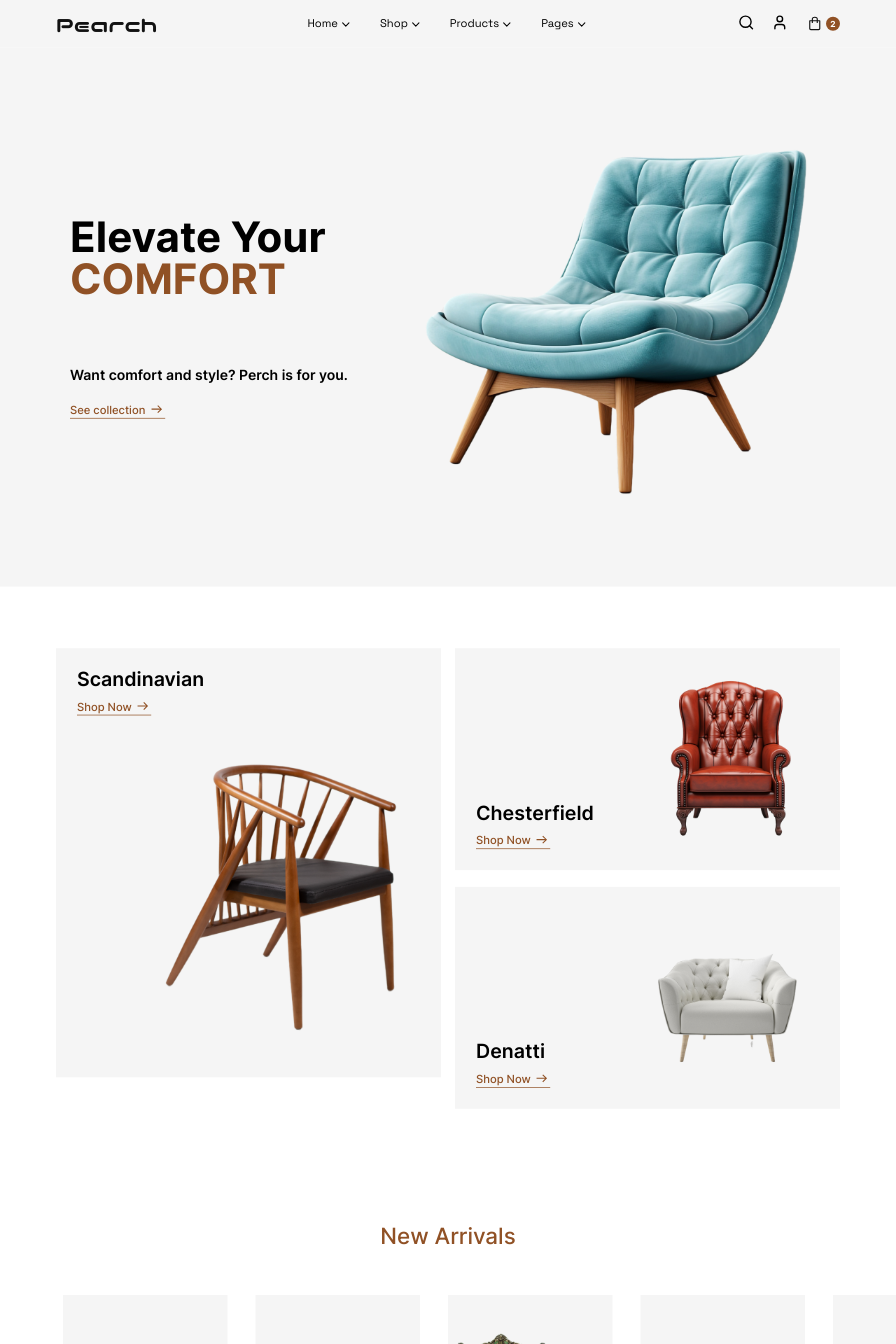
Repository: abdulmalikyusuf/HNG11-Stage02
Page: /
The author's editor kept a copy of each file at every save. The page is drawn from the files as they stood at one save, then again after the next save.
The browser window is 1280 px wide. The pictures show the part of the page from y = 0 to 1920 px (the page is 4111 px tall before and 4061 px after), at 70% of full size.
The project was rebuilt for these pictures with package versions that can differ from the ones it lists, and the page was loaded fresh each time. Also part of the build but not shown: vite.config.ts.

Above is the page before, as saved 2024-07-07 17:47:38.

### index.html
<!DOCTYPE html>
<html lang="en">
  <head>
    <meta charset="UTF-8" />
    <!-- <link rel="icon" type="image/svg+xml" href="/vite.svg" /> -->
    <meta name="viewport" content="width=device-width, initial-scale=1.0" />
    <title>Pearch E-Commerce App</title>
  </head>
  <body>
    <div id="root"></div>
    <script type="module" src="/src/main.tsx"></script>
  </body>
</html>

### src/App.tsx
import { createBrowserRouter, RouterProvider } from "react-router-dom";

import RootLayout from "@/routes/root";
import IndexPage from "@/routes";
import "./App.css";

const router = createBrowserRouter([
  {
    path: "/",
    element: <RootLayout />,
    // errorElement: <ErrorPage />,
    children: [
      {
        index: true,
        element: <IndexPage />,
      },
      {
        path: "cart",
        element: <p>Cart</p>,
      },
      {
        path: "checkout",
        element: <p>Checkout</p>,
      },
    ],
  },
]);

function App() {
  return <RouterProvider router={router} />;
}

export default App;

### src/index.css
:root {
  font-family: Inter, system-ui, Avenir, Helvetica, Arial, sans-serif;
  line-height: 1.5;
  font-weight: 400;

  color-scheme: light dark;
  /* color: rgba(255, 255, 255, 0.87);
  background-color: #242424; */

  font-synthesis: none;
  text-rendering: optimizeLegibility;
  -webkit-font-smoothing: antialiased;
  -moz-osx-font-smoothing: grayscale;
}
@font-face {
  font-family: Inter;
  src: url(fonts/Inter.ttf) format("truetype");
}
@font-face {
  font-family: SpaceGrotesk;
  src: url(fonts/SpaceGrotesk.ttf) format("truetype");
}
@font-face {
  font-family: NicoMoji;
  src: url(fonts/NicoMoji-Regular.ttf) format("truetype");
}

### src/routes/root.tsx
import { Outlet } from "react-router-dom";

import Footer from "@/components/footer";
import Header from "@/components/header";

function RootLayout() {
  return (
    <>
      <Header />
      <Outlet />
      <div className="flow-root">
        <Footer />
      </div>
    </>
  );
}

export default RootLayout;

### src/routes/index.tsx
import { Link } from "react-router-dom";

import ChairHero from "@/assets/img/83417461_Slipper -2 1.png";
import Chair1 from "@/assets/img/vertical-shot-wooden-chair-white 1.png";
import Chair2 from "@/assets/img/83419490_Wingback Chair -4.png";
import Chair3 from "@/assets/img/7043761_861.png";
import BannerImage from "@/assets/img/unsplash_348dJPXEFHk.png";
import MoreChairImage1 from "@/assets/img/unsplash_Kh4tedFdHz4.png";
import MoreChairImage2 from "@/assets/img/unsplash_L7EwHkq1B2s.png";
import MoreChairImage3 from "@/assets/img/unsplash_Gh_UjjYoVwk.png";
import NewArrival1 from "@/assets/img/new-arrivals/81678229_Luxury white and golden sofa -3 1.png";
import NewArrival2 from "@/assets/img/new-arrivals/Paste image.png";
import NewArrival3 from "@/assets/img/new-arrivals/unsplash_IjTqniVFP1Y.png";
import NewArrival4 from "@/assets/img/new-arrivals/unsplash_ItMggD0EguY.png";

const newArrivals = [
  { image: NewArrival1, name: "Tyley Chair", price: 200 },
  { image: NewArrival2, name: "Zefison Chair", price: 350 },
  { image: NewArrival3, name: "Italian Rococo", price: 700 },
  { image: NewArrival4, name: "King Sofa", price: 899 },
  { image: NewArrival4, name: "King Sofa", price: 899 },
];
function IndexPage() {
  return (
    <>
      <div className="flex flex-col lg:flex-row lg:items-center gap-5 lg:gap-24 bg-[#F5F5F5] p-2 lg:px-[100px] lg:py-13">
        <div className="flex flex-col gap-5 lg:gap-24">
          <div className="text-32 lg:text-6xl font-bold">
            <h2 className="text-black">Elevate Your</h2>
            <h2 className="uppercase text-primary">comfort</h2>
          </div>
          <div className="font-semibold text-sm lg:text-xl lg:leading-6 flex flex-col gap-[14px] lg:gap-6">
            <p className="">Want comfort and style? Perch is for you.</p>
            <Link
              to=""
              className="w-fit text-base font-medium text-primary border-b border-primary inline-flex items-center gap-1"
            >
              See collection{" "}
              <span className="">
                <svg
                  xmlns="http://www.w3.org/2000/svg"
                  width="24"
                  height="25"
                  viewBox="0 0 24 25"
                  fill="none"
                >
                  <mask
                    id="mask0_18_143"
                    style={{ maskType: "alpha" }}
                    maskUnits="userSpaceOnUse"
                    x="0"
                    y="0"
                    width="24"
                    height="25"
                  >
                    <rect y="0.5" width="24" height="24" fill="#D9D9D9" />
                  </mask>
                  <g mask="url(#mask0_18_143)">
                    <path
                      d="M13.8462 18.1538L12.7923 17.0693L16.6115 13.25H4.5V11.75H16.6115L12.7923 7.93075L13.8462 6.84625L19.5 12.5L13.8462 18.1538Z"
                      fill="#905125"
                    />
                  </g>
                </svg>
              </span>
            </Link>
          </div>
        </div>
        <div className="flex-1">
          <img src={ChairHero} alt="A chair from pearch website" className="" />
        </div>
      </div>
      <div className="px-4 md:px-10 lg:13 xl:px-20 2xl:px-24 flex flex-col gap-20 mb-28 overflow-clip">
        <div className="py-[88px]">
          <div className="md:grid grid-cols-2 lg:grid-rows-2 items-stretch gap-6 lg:gap-x-5 lg:gap-y-6">
            <div className="lg:row-span-2">
              <div className="p-5 lg:p-[30px] bg-miscellaneous flex flex-col">
                <div className="flex-1 flex flex-col gap-3">
                  <h5 className="text-xl lg:text-[28px] font-semibold">
                    Scandinavian
                  </h5>
                  <Link
                    to=""
                    className="w-fit text-xs lg:text-base font-medium text-primary border-b border-primary inline-flex items-center gap-1"
                  >
                    Shop Now{" "}
                    <span className="">
                      <svg
                        xmlns="http://www.w3.org/2000/svg"
                        width="24"
                        height="25"
                        viewBox="0 0 24 25"
                        fill="none"
                      >
                        <mask
                          id="mask0_18_143"
                          style={{ maskType: "alpha" }}
                          maskUnits="userSpaceOnUse"
                          x="0"
                          y="0"
                          width="24"
                          height="25"
                        >
                          <rect y="0.5" width="24" height="24" fill="#D9D9D9" />
                        </mask>
                        <g mask="url(#mask0_18_143)">
                          <path
                            d="M13.8462 18.1538L12.7923 17.0693L16.6115 13.25H4.5V11.75H16.6115L12.7923 7.93075L13.8462 6.84625L19.5 12.5L13.8462 18.1538Z"
                            fill="#905125"
                          />
                        </g>
                      </svg>
                    </span>
                  </Link>
                </div>
                <div className="self-end -mt-20">
                  <img src={Chair1} alt="" className="" />
                </div>
              </div>
            </div>
            <div className="p-5 lg:p-[30px] bg-miscellaneous flex items-end justify-between">
              <div className="flex-1 flex flex-col gap-2 lg:gap-3">
                <h5 className="text-xl lg:text-[28px] font-semibold">
                  Chesterfield
                </h5>
                <Link
                  to=""
                  className="w-fit text-xs lg:text-base font-medium text-primary border-b border-primary inline-flex items-center gap-1"
                >
                  Shop Now{" "}
                  <span className="">
                    <svg
                      xmlns="http://www.w3.org/2000/svg"
                      width="24"
                      height="25"
                      viewBox="0 0 24 25"
                      fill="none"
                    >
                      <mask
                        id="mask0_18_143"
                        style={{ maskType: "alpha" }}
                        maskUnits="userSpaceOnUse"
                        x="0"
                        y="0"
                        width="24"
                        height="25"
                      >
                        <rect y="0.5" width="24" height="24" fill="#D9D9D9" />
                      </mask>
                      <g mask="url(#mask0_18_143)">
                        <path
                          d="M13.8462 18.1538L12.7923 17.0693L16.6115 13.25H4.5V11.75H16.6115L12.7923 7.93075L13.8462 6.84625L19.5 12.5L13.8462 18.1538Z"
                          fill="#905125"
                        />
                      </g>
                    </svg>
                  </span>
                </Link>
              </div>
              <img src={Chair2} alt="" className="" />
            </div>
            <div className="p-5 lg:p-[30px] bg-miscellaneous flex items-end justify-between">
              <div className="flex-1 flex flex-col gap-2 lg:gap-3">
                <h5 className="text-xl lg:text-[28px] font-semibold">
                  Denatti
                </h5>
                <Link
                  to=""
                  className="w-fit text-xs lg:text-base font-medium text-primary border-b border-primary inline-flex items-center gap-1"
                >
                  Shop Now{" "}
                  <span className="">
                    <svg
                      xmlns="http://www.w3.org/2000/svg"
                      width="24"
                      height="25"
                      viewBox="0 0 24 25"
                      fill="none"
                    >
                      <mask
                        id="mask0_18_143"
                        style={{ maskType: "alpha" }}
                        maskUnits="userSpaceOnUse"
                        x="0"
                        y="0"
                        width="24"
                        height="25"
                      >
                        <rect y="0.5" width="24" height="24" fill="#D9D9D9" />
                      </mask>
                      <g mask="url(#mask0_18_143)">
                        <path
                          d="M13.8462 18.1538L12.7923 17.0693L16.6115 13.25H4.5V11.75H16.6115L12.7923 7.93075L13.8462 6.84625L19.5 12.5L13.8462 18.1538Z"
                          fill="#905125"
                        />
                      </g>
                    </svg>
                  </span>
                </Link>
              </div>
              <img src={Chair3} alt="" className="" />
            </div>
          </div>
        </div>
        <div className="">
          <h4 className="capitalize text-xl lg:text-32 text-center text-primary font-medium">
            new arrivals
          </h4>
          <div className="mt-6 lg:mt-[30px] -mr-24">
            <div className="flex gap-5 ">
              {newArrivals.map((chair) => (
                <div
                  key={chair.name}
                  className="shrink-0 w-[255px] py-10 px-2.5 flex flex-col gap-[30px]"
                >
                  <div className="flex h-[294px] items-center bg-miscellaneous">
                    <img
                      src={chair.image}
                      alt={`${chair.name} image`}
                      className=""
                    />
                  </div>
                  <div className="flex flex-col gap-1.5 text-primary-label font-medium">
                    <p className="">{chair.name}</p>
                    <small className="text-xs">${chair.price}</small>
                  </div>
                </div>
              ))}
            </div>
          </div>
        </div>
        <div className="p-6 lg:px-5 bg-miscellaneous max-lg:border-t border-primary">
          <div className="flex flex-col-reverse lg:flex-row lg:items-center gap-16">
            <div className="flex-1 text-primary-label">
              <h4 className="hidden lg:block text-32 font-bold">
                Unparalleled Comfort
              </h4>
              <p className="mt-4 lg:text-2xl font-medium">
                Experience the difference of luxurious cushioning and ergonomic
                design. Sink into the Perch and feel your stress melt away.
              </p>
              <Link
                to=""
                className="mt-6 lg:mt-[30px] w-fit text-xs lg:text-base font-medium text-primary border-b border-primary inline-flex items-center gap-1"
              >
                Shop Now{" "}
                <span className="">
                  <svg
                    xmlns="http://www.w3.org/2000/svg"
                    width="24"
                    height="25"
                    viewBox="0 0 24 25"
                    fill="none"
                  >
                    <mask
                      id="mask0_18_143"
                      style={{ maskType: "alpha" }}
                      maskUnits="userSpaceOnUse"
                      x="0"
                      y="0"
                      width="24"
                      height="25"
                    >
                      <rect y="0.5" width="24" height="24" fill="#D9D9D9" />
                    </mask>
                    <g mask="url(#mask0_18_143)">
                      <path
                        d="M13.8462 18.1538L12.7923 17.0693L16.6115 13.25H4.5V11.75H16.6115L12.7923 7.93075L13.8462 6.84625L19.5 12.5L13.8462 18.1538Z"
                        fill="#905125"
                      />
                    </g>
                  </svg>
                </span>
              </Link>
            </div>
            <div className="flex-1">
              <img src={BannerImage} alt="" className="" />
            </div>
            <div className="mb-9 lg:hidden">
              <h4 className="text-2xl text-left font-bold text-primary-label">
                Unparalled Comfort
              </h4>
            </div>
          </div>
        </div>

        <div className="max-lg:py-6">
          <h4 className="py-1 lg:py-2 capitalize text-xl lg:text-32 lg:text-center text-primary font-medium">
            new arrivals
          </h4>
          <div className="mt-5 lg:mt-[30px] flex gap-5">
            {[MoreChairImage1, MoreChairImage2, MoreChairImage3].map(
              (img, i) => (
                <div key={`product-image-${i}`} className="shrink-0">
                  <img src={img} alt="" className="" />
                </div>
              )
            )}
          </div>
          <div className="mt-6 lg:mt-[30px]">
            <Link
              to=""
              className="w-fit text-xs lg:text-base font-medium text-primary border-b border-primary inline-flex items-center gap-1"
            >
              See More{" "}
              <span className="">
                <svg
                  xmlns="http://www.w3.org/2000/svg"
                  width="24"
                  height="25"
                  viewBox="0 0 24 25"
                  fill="none"
                >
                  <mask
                    id="mask0_18_143"
                    style={{ maskType: "alpha" }}
                    maskUnits="userSpaceOnUse"
                    x="0"
                    y="0"
                    width="24"
                    height="25"
                  >
                    <rect y="0.5" width="24" height="24" fill="#D9D9D9" />
                  </mask>
                  <g mask="url(#mask0_18_143)">
                    <path
                      d="M13.8462 18.1538L12.7923 17.0693L16.6115 13.25H4.5V11.75H16.6115L12.7923 7.93075L13.8462 6.84625L19.5 12.5L13.8462 18.1538Z"
                      fill="#905125"
                    />
                  </g>
                </svg>
              </span>
            </Link>
          </div>
        </div>
      </div>
    </>
  );
}

export default IndexPage;

### src/components/footer.tsx
import { Icons } from "./icons";

function Footer() {
  return (
    <footer className="pt-7 pb-4 lg:py-[30px] px-4 lg:px-24 bg-miscellaneous h[80vh] flex flex-col justify-between gap-16">
      <div className="flex flex-col items-center gap-[30px] py-5 lg:py-20 max-lg:px-2 border border-primary border-dashed">
        <div className="text-center text-primary-label">
          <h3 className="text-2xl lg:text-4xl font-bold">
            Join Our Newsletter
          </h3>
          <p className="mt-2 lg:mt-3 text-[10px] lg:text-base">
            Big discount and latest news in your inbox
          </p>
        </div>
        <div className="flex gap-5">
          <div className="flex rounded-md w-full lg:w-96 border border-primary items-center gap-2 px-1 py-1.5 lg:p-2.5">
            <Icons.mail className="size-[18px] lg:size-[22px] stroke-[0.5] lg:stroke-1 stroke-primary opacity-60" />
            <input
              type="email"
              name=""
              id=""
              placeholder="Email address"
              className="bg-transparent text-[rgba(18,_18,_18,_0.50)] text-xs lg:text-base font-medium placeholder:font-normal focus:outline-none"
            />
          </div>
          <button
            type="submit"
            className="bg-primary rounded whitespace-nowrap px-2 lg:p-2.5 capitalize text-sm lg:text-base text-white"
          >
            sign up
          </button>
        </div>
      </div>
      <div className="flex flex-col gap-4 lg:items-center">
        <h4 className="py-2 text-32 text-label-primary font-nico-moji">
          Perch
        </h4>
        <ul className="flex flex-col lg:flex-row gap-5 text-xl font-medium text-primary-label">
          <li className="">About Us</li>
          <li className="">Contact Us</li>
          <li className="">Privacy</li>
          <li className="">My Account</li>
        </ul>
      </div>
      <div className="py-2.5 -mx-4 md:-mx-10 lg:13 xl:-mx-20 2xl:-mx-24 border-t border-primary text-center">
        <p className="font-medium text-primary">© 2024 Perch Store</p>
      </div>
    </footer>
  );
}

export default Footer;

### src/lib/utils.ts
import { type ClassValue, clsx } from "clsx";
import { twMerge } from "tailwind-merge";

export function cn(...inputs: ClassValue[]) {
	return twMerge(clsx(inputs));
}
export function formatPrice(
	price: number | string,
	currency: "USD" | "EUR" | "GBP" | "BDT" = "USD",
	notation: "compact" | "engineering" | "scientific" | "standard" = "standard",
) {
	return new Intl.NumberFormat("en-US", {
		style: "currency",
		currency,
		notation,
	}).format(Number(price));
}

export function arrayRange(start: number, stop: number, step: number) {
	return Array.from(
		{ length: (stop - start) / step + 1 },
		(value, index) => start + index * step,
	);
}

### src/components/cart-button.tsx
import { forwardRef, type ButtonHTMLAttributes } from "react";
import { Slot } from "@radix-ui/react-slot";

import { cn } from "@/lib/utils";
import { Icons } from "@/components/icons";

export interface CartButtonProps
  extends ButtonHTMLAttributes<HTMLButtonElement> {
  numOfItems: number;
  asChild?: boolean;
}

const CartButton = forwardRef<HTMLButtonElement, CartButtonProps>(
  ({ numOfItems, asChild, ...props }, ref) => {
    const Comp = asChild ? Slot : "button";
    return (
      <Comp
        ref={ref}
        {...props}
        type="button"
        className="inline-flex items-center gap-0.5 w-[50px] h-[26px] sm:h-7"
      >
        <Icons.cart className="size-[26px] sm:size-7 text-[var(--icon-colour)]" />
        <span
          className={cn(
            "inline-flex items-center justify-center size-5 rounded-full text-xs leading-[10px] font-inter font-bold",
            "bg-primary text-white [--icon-colour:var(--black-900)]"
          )}
        >
          {numOfItems}
        </span>
      </Comp>
    );
  }
);

CartButton.displayName = "CartButton";

export { CartButton };

### tailwind.config.ts
import { Config } from "tailwindcss";

export default {
  content: ["./index.html", "./src/**/*.{js,ts,jsx,tsx}"],
  theme: {
    fontFamily: {
      "space-grotesk": ["SpaceGrotesk"],
      inter: ["Inter"],
      "nico-moji": ["NicoMoji"],
    },
    extend: {
      padding: {
        13: "52px",
      },
      fontSize: {
        32: "32px",
      },
      colors: {
        primary: {
          DEFAULT: "#905125",
          label: "#121212",
        },
        miscellaneous: "#F5F5F5",
      },
    },
  },
  plugins: [],
} satisfies Config;

Loaded but not shown: src/main.tsx (common file); src/App.css (common file); src/components/icons.tsx (297 lines, source omitted); src/components/header.tsx (92 lines, source omitted)

After the next save:
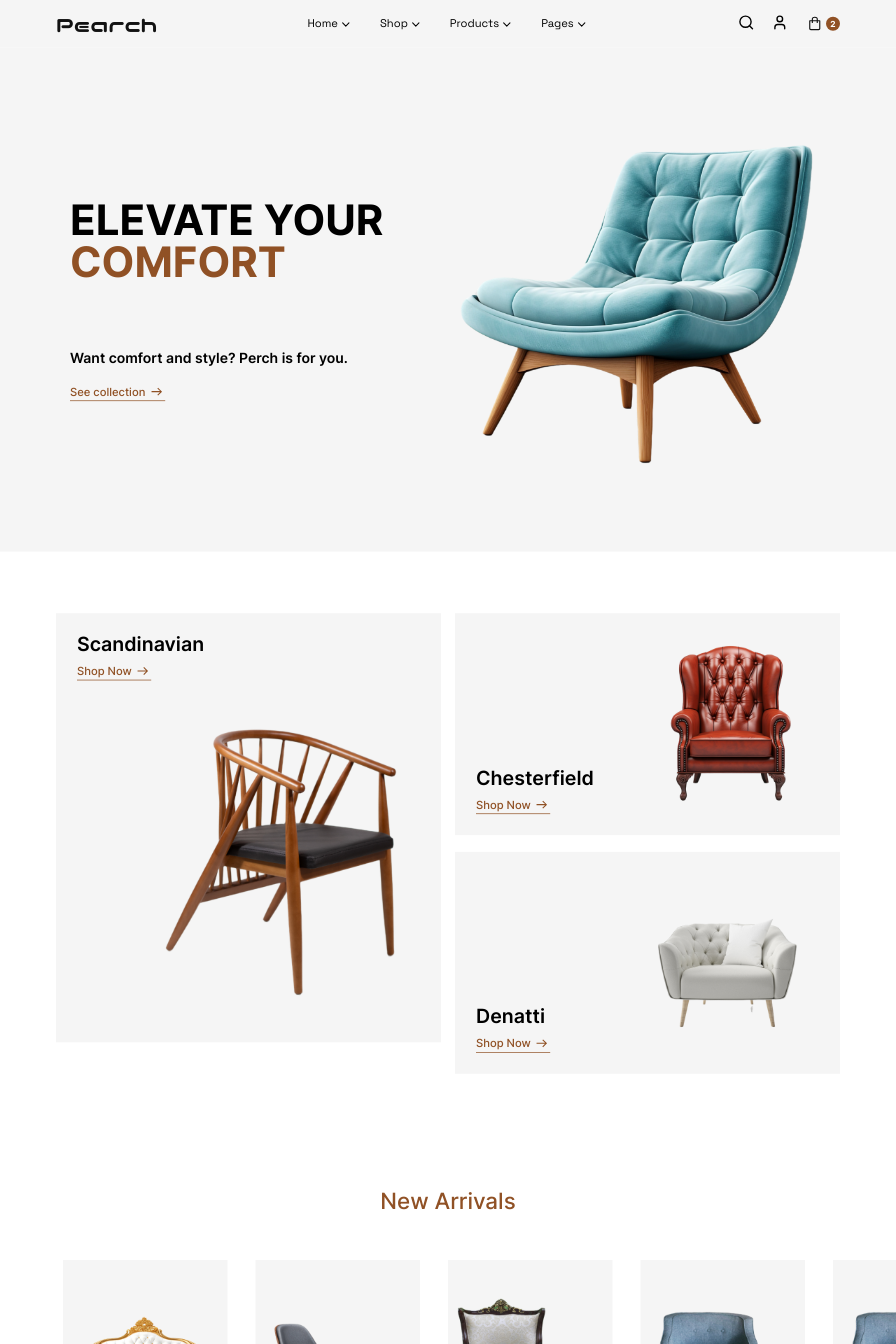
Saved 32 s later.
--- a/src/routes/index.tsx
+++ b/src/routes/index.tsx
@@ -25,9 +25,9 @@
     <>
       <div className="flex flex-col lg:flex-row lg:items-center gap-5 lg:gap-24 bg-[#F5F5F5] p-2 lg:px-[100px] lg:py-13">
         <div className="flex flex-col gap-5 lg:gap-24">
-          <div className="text-32 lg:text-6xl font-bold">
+          <div className="text-32 lg:text-6xl font-bold uppercase">
             <h2 className="text-black">Elevate Your</h2>
-            <h2 className="uppercase text-primary">comfort</h2>
+            <h2 className="text-primary">comfort</h2>
           </div>
           <div className="font-semibold text-sm lg:text-xl lg:leading-6 flex flex-col gap-[14px] lg:gap-6">
             <p className="">Want comfort and style? Perch is for you.</p>
